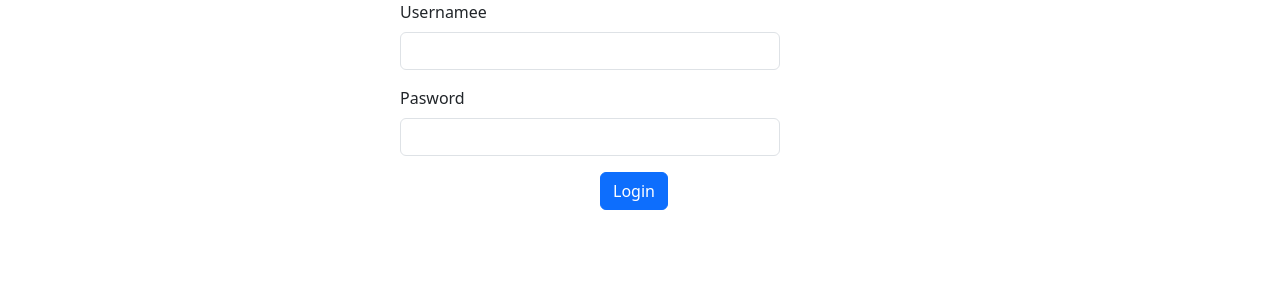
Repository: manit4/cris_batch2
Page: http://localhost/jsp_security/views/index.jsp
These files come from the project's save history. The page is drawn as it stood at one moment and after the next save; the edit follows.
The browser window is 1280 px wide. The pictures show the whole page.
The page is served by Tomcat 9.

Above is the page before, as saved 2024-03-01 05:08:35.

After the next save:
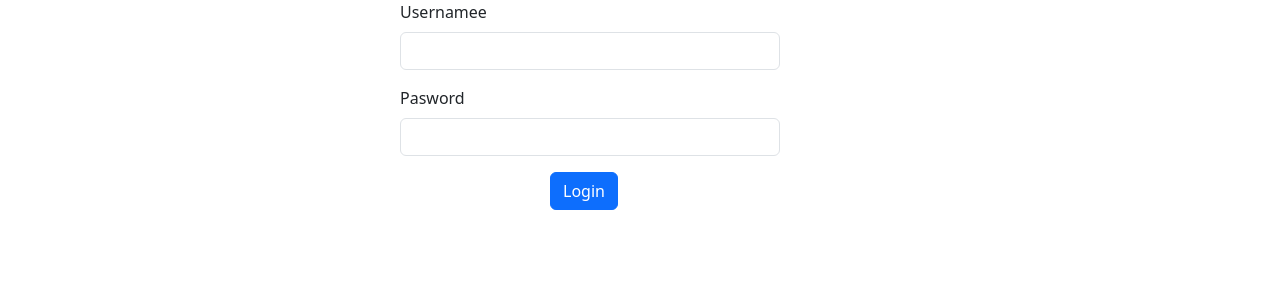
Saved 8 s later.
--- a/jsp_security/src/main/webapp/views/index.jsp
+++ b/jsp_security/src/main/webapp/views/index.jsp
@@ -22,7 +22,7 @@
 		<label class="form-label">Pasword
 			</label> <input type="password" class="form-control">
 	</div>
-	<button style="margin-left: 200px" type="button" class="btn btn-primary">Login</button>
+	<button style="margin-left: 150px" type="button" class="btn btn-primary">Login</button>
 	</div>
 </body>
 </html>
